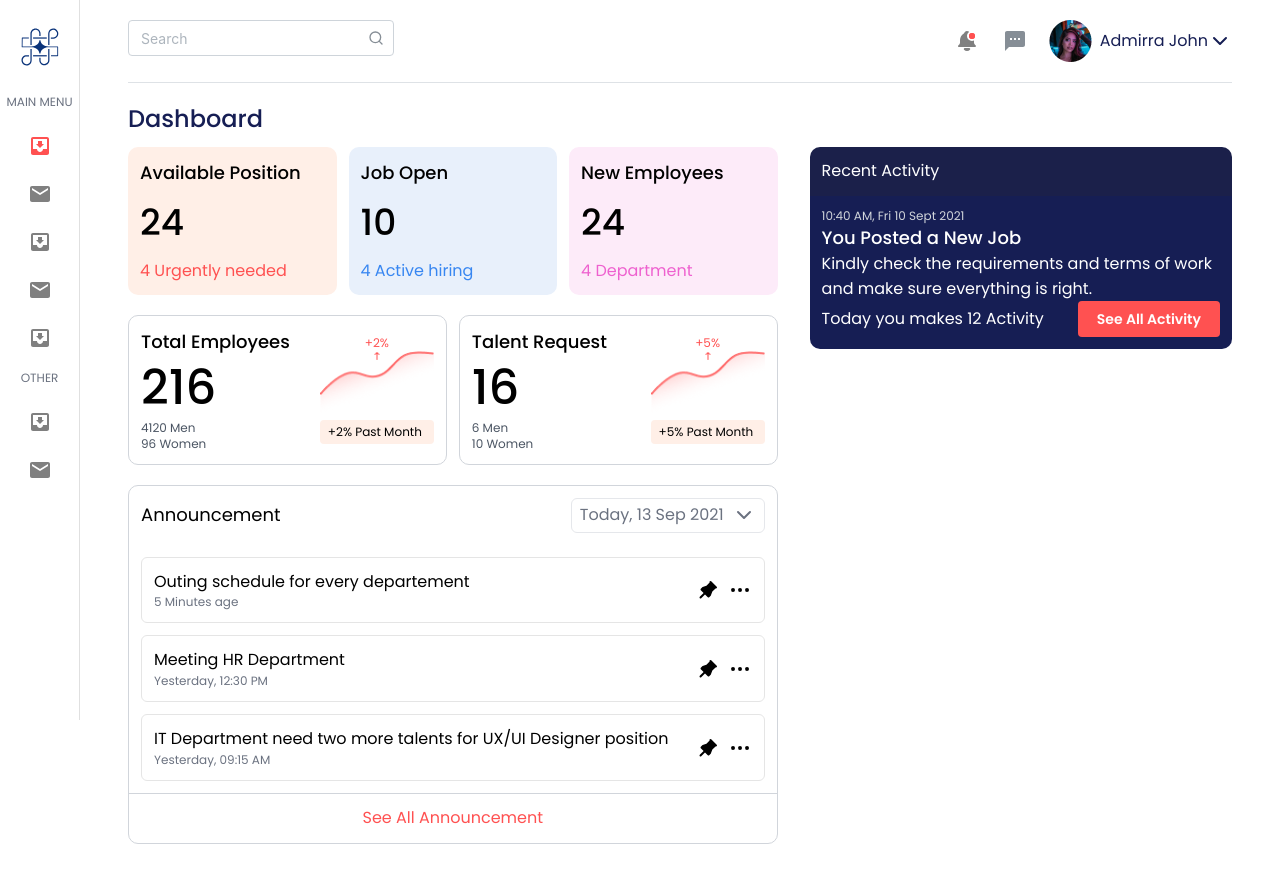
Repository: SatyaDewangan05/sample-dashboard
Page: /
These files come from the project's save history. The page is drawn as it stood at one moment and after the next save; the edit follows.
The browser window is 1280 px wide. The pictures show the whole page.
The project was rebuilt for these pictures with package versions that can differ from the ones it lists, and the page was loaded fresh each time. The framework's server and built-in components were replaced by stand-ins that run in the browser. Also part of the build but not shown: next.config.mjs.

Above is the page before, as saved 2024-09-22 01:09:16.

After the next save:
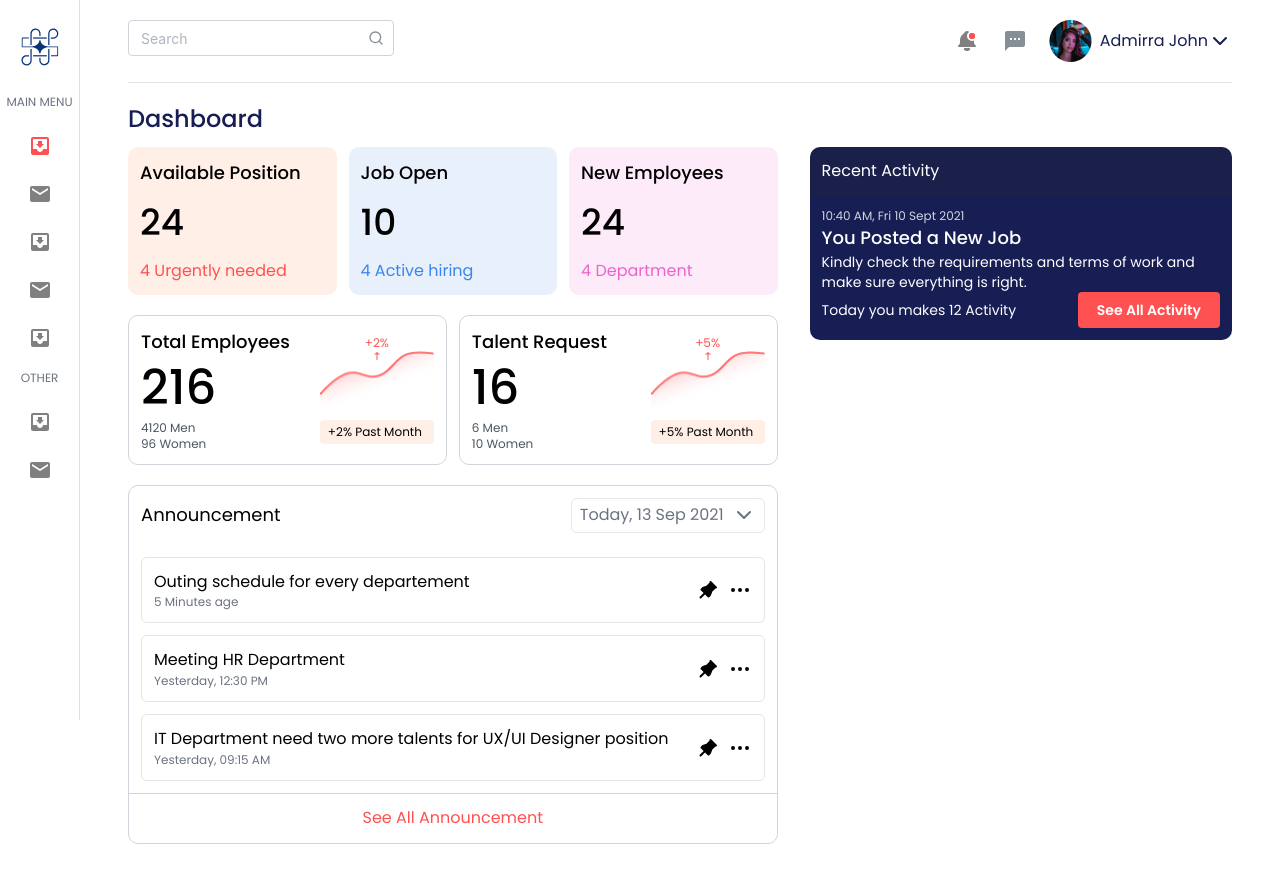
Saved 38 s later.
--- a/src/app/page.jsx
+++ b/src/app/page.jsx
@@ -151,12 +151,12 @@ export default function Home() {
                     10:40 AM, Fri 10 Sept 2021
                   </p>
                   <p className="text-lg font-medium">You Posted a New Job</p>
-                  <p>
+                  <p className="text-sm">
                     Kindly check the requirements and terms of work and make
                     sure everything is right.
                   </p>
                   <div className="flex justify-between items-center">
-                    <p>Today you makes 12 Activity</p>
+                    <p className="text-sm">Today you makes 12 Activity</p>
                     <Button color="#FF5151" c="white">
                       See All Activity
                     </Button>
